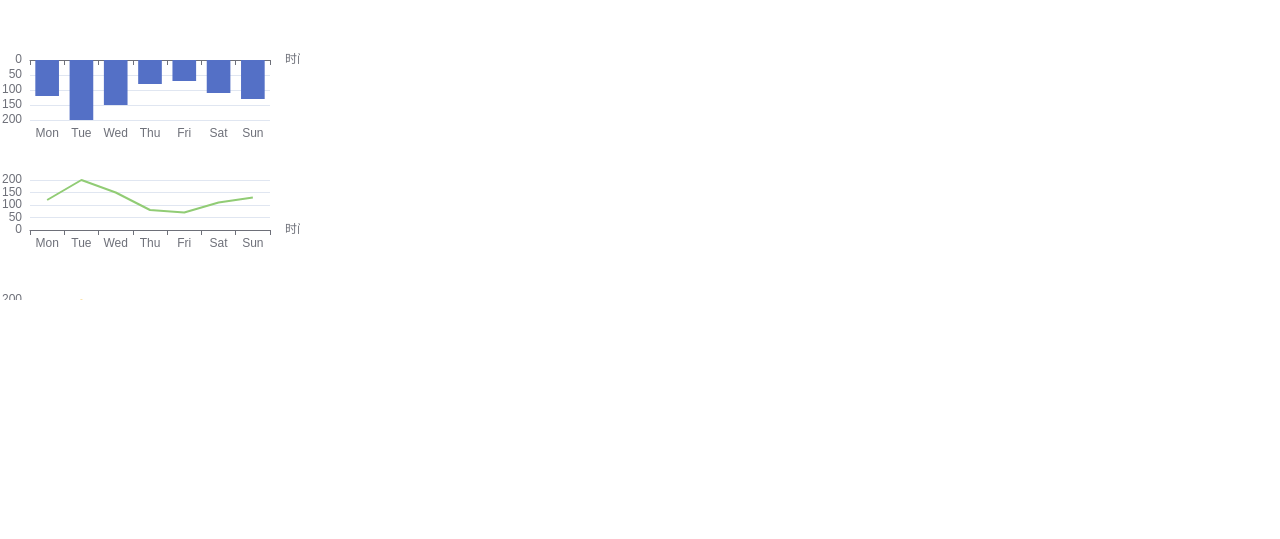
Repository: LeP-Ton/curve
Page: /
These files come from the project's save history. The page is drawn as it stood at one moment and after the next save; the edit follows.
The browser window is 1280 px wide. The pictures show the whole page.
The project was rebuilt for these pictures with package versions that can differ from the ones it lists, and the page was loaded fresh each time.

Above is the page before, as saved 2022-08-18 20:18:36.

### src/index.js
import React from "react";
import ReactDOM from "react-dom/client";
import "./index.css";
import Echart from "./Echart";
import reportWebVitals from "./reportWebVitals";

const root = ReactDOM.createRoot(document.getElementById("root"));
const option = {
  tooltip: {
    trigger: "axis",
    // formatter:function(params){
    //   console.log("---",params[0]);
    //   return(`${params[0].axisId}:${params[0].axisValue} ${params[0].seriesName}:${params[0].value}`)
    // }
  },
  xAxis: [
    {
      name: "时间",
      type: "category",
      data: ["Mon", "Tue", "Wed", "Thu", "Fri", "Sat", "Sun"],
    },
    {
      name: "时间",
      type: "category",
      data: ["Mon", "Tue", "Wed", "Thu", "Fri", "Sat", "Sun"],
      gridIndex: 1
    },
    {
      name: "时间",
      type: "category",
      data: ["Mon", "Tue", "Wed", "Thu", "Fri", "Sat", "Sun"],
      gridIndex: 2
    },
  ],
  yAxis: [
    {
      type: "value",
      inverse: true,
    },
    {
      gridIndex: 1
    },
    {
      gridIndex: 2
    }

  ],
  grid: [
    {
      bottom: '60%'
    },
    {
      top: '60%'
    },
    {
      top: '100%',
      bottom: '-60%'
    }
  ],
  series: [
    {
      name: "温度",
      data: [120, 200, 150, 80, 70, 110, 130],
      type: "bar",
    },
    {
      name: "宽度",
      type: "line",
      showSymbol: false,
      data: [120, 200, 150, 80, 70, 110, 130],
      xAxisIndex: 1,
      yAxisIndex: 1,
    },
    {
      name: "长度",
      type: "line",
      showSymbol: false,
      data: [120, 200, 150, 80, 70, 110, 130],
      xAxisIndex: 2,
      yAxisIndex: 2,
    }
  ],
};
root.render(
  <React.StrictMode>
    <Echart options={option} style={{width:'300px', height: "300px" }} />
  </React.StrictMode>
);

// If you want to start measuring performance in your app, pass a function
// to log results (for example: reportWebVitals(console.log))
// or send to an analytics endpoint. Learn more: https://bit.ly/CRA-vitals
reportWebVitals();

### src/Echart.js
import React, {
  useEffect,
  useRef,
  useState
} from 'react';
import * as echarts from 'echarts';

const Echart = props => {
  const { options, style } = props;
  const chartRef = useRef();
  const [myChart, setMyChart] = useState(null);

  const resizeEcharts = () => {
    myChart.resize();
  };

  useEffect(() => {
    setMyChart(echarts.init(chartRef.current));
  }, []);

  useEffect(() => {
    if (myChart) {
      window.addEventListener('resize', resizeEcharts);
      return () => {
        window.removeEventListener('resize', resizeEcharts);
        myChart.dispose();
        setMyChart(null);
      };
    }
  }, [myChart]);

  useEffect(() => {
    myChart && myChart.setOption(options);
  }, [myChart, options]);

  return <div ref={chartRef} className="default-charts" style={style} />;
};

export default Echart;

Loaded but not shown: public/index.html (common file); src/index.css (common file); src/reportWebVitals.js (common file)

After the next save:
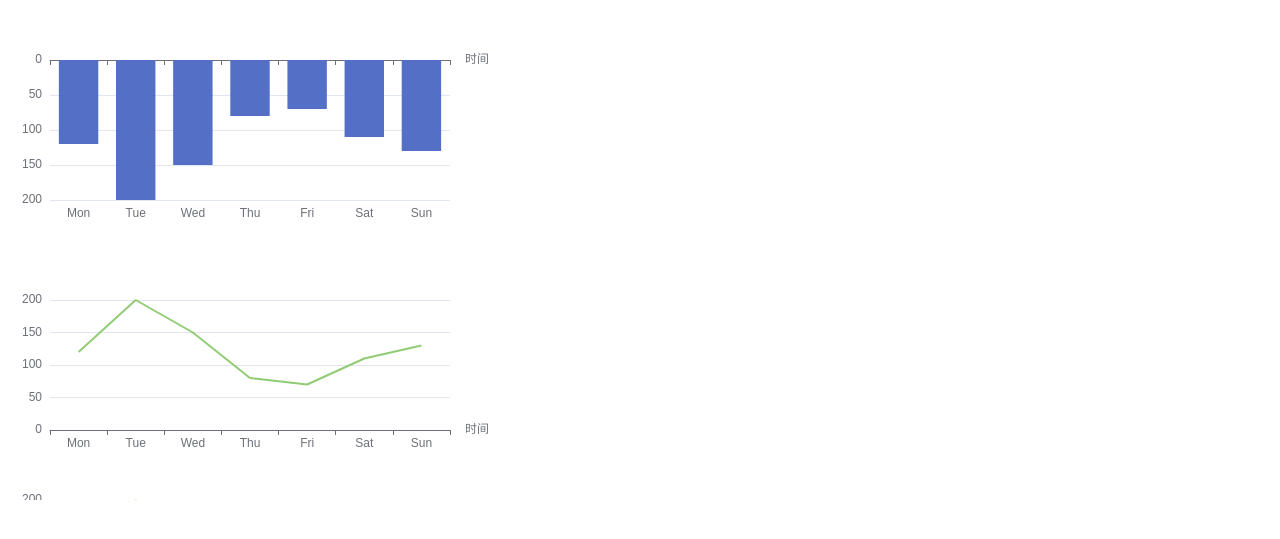
Saved 21 s later.
--- a/src/index.js
+++ b/src/index.js
@@ -83,7 +83,7 @@ const option = {
 };
 root.render(
   <React.StrictMode>
-    <Echart options={option} style={{width:'300px', height: "300px" }} />
+    <Echart options={option} style={{width:'500px', height: "500px" }} />
   </React.StrictMode>
 );
 
